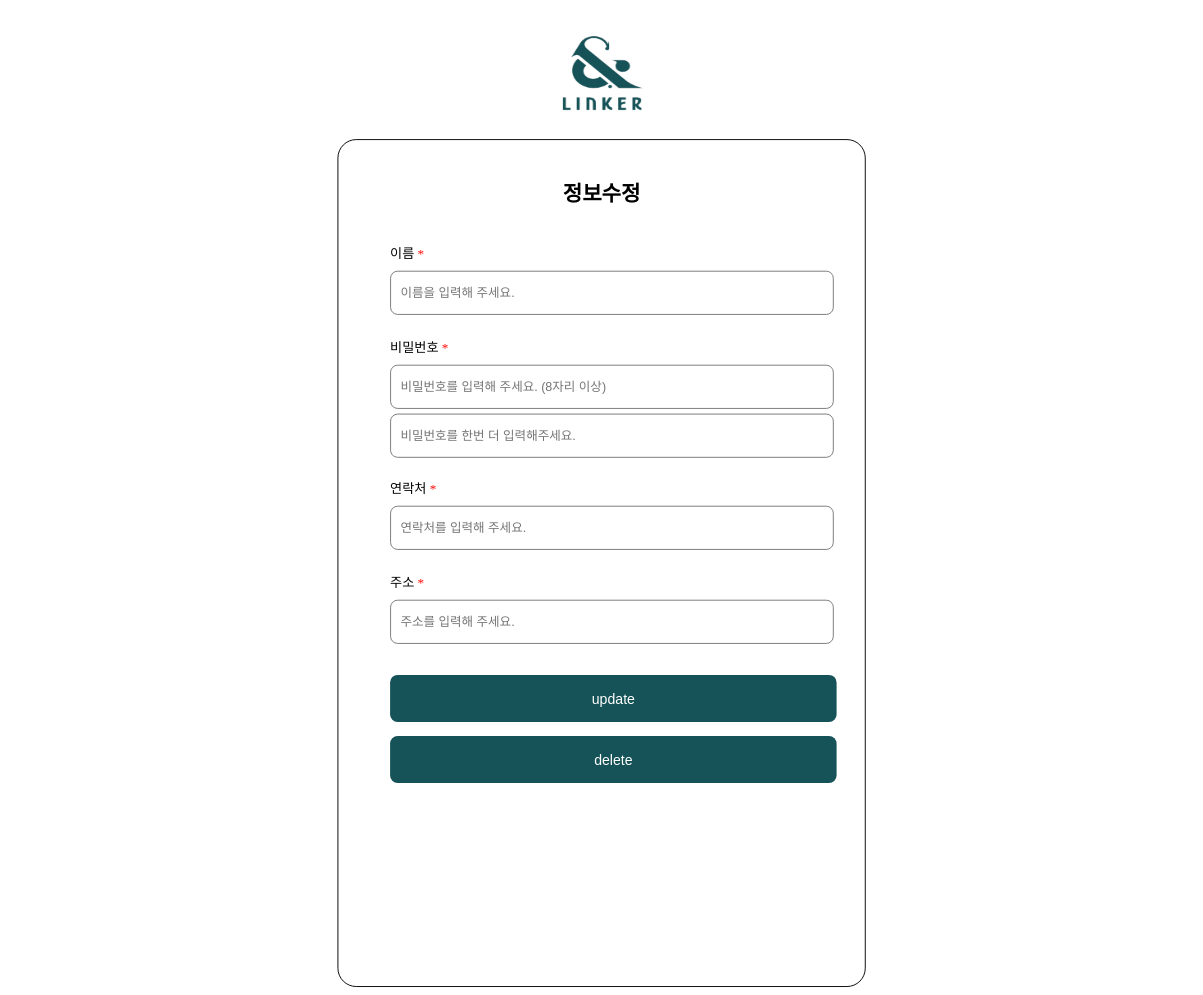
Repository: soomseting/let_me_go
Page: http://localhost/LINKER_re/jsp/main/user_update.jsp
These files come from the project's save history. The page is drawn as it stood at one moment and after the next save; the edit follows.
The browser window is 1280 px wide. The pictures show the whole page, at 94% of full size.
The page is served by Tomcat 9. Other server files are loaded and not shown.

Above is the page before, as saved 2025-03-24 05:50:54.
Console error: TypeError: Cannot set properties of null (setting 'onclick')

### LINKER_re/src/main/webapp/jsp/main/user_update.jsp
<%@ page language="java" contentType="text/html; charset=UTF-8"
    pageEncoding="UTF-8"%>
<!DOCTYPE html>
<html lang="en">

<head>
    <meta charset="UTF-8">
    <meta name="viewport" content="width=device-width, initial-scale=1.0">
    <title>Document</title>
    <link rel="stylesheet" href="../../css/sign_up.css">
    <script src="https://ajax.googleapis.com/ajax/libs/jquery/3.3.1/jquery.min.js"></script>
    <script src="../../js/jquery-3.7.1.js"></script>
    <script src="../../js/script.js"></script>
</head>

<body>
    <section>
        <div class="sign_up_logo">
            <img src="../../img/logo.png" alt="logo">
        </div>
        <div class="sign_up_content">
            <div class="su_title">
                <h1>정보수정</h1>
            </div>
            <form action="/LINKER/jsp/main/update.jsp.users">
            <div class="su_con_wrap">
                <div class="su_con_box">
                    <div class="su_ct">이름<span> *</span></div>
                    <div class="su_input"><input type="text" name="user_name" placeholder="이름을 입력해 주세요."></div>
                </div>
                <div class="su_con_box">
                    <div class="su_ct">비밀번호<span> *</span></div>
                    <div class="su_input"><input type="password" name="password" placeholder="비밀번호를 입력해 주세요. (8자리 이상)"></div>
                    <div class="su_input"><input type="password" placeholder="비밀번호를 한번 더 입력해주세요."></div>
                </div>
                <div class="su_con_box su_con_one">
                    <div class="su_ct">연락처<span> *</span></div>
                    <div class="su_input"><input type="text" name="phone" placeholder="연락처를 입력해 주세요."></div>
                </div>
                <div class="su_con_box su_con_thr">
                    <div class="su_ct">주소<span> *</span></div>
                    <div class="su_input"><input type="text" name="user_address" placeholder="주소를 입력해 주세요."></div>
                </div>
                <div class="su_con_box su_con_for">
                    <div class="su_input sui1"><input type="submit" name="user_update" text="수정하기" value="update"></div>
                    <div class="su_input sui2"><input type="submit" name="" text="탈퇴하기" value="delete"></div>
                </div>
            </div>
            </form>
        </div>
    </section>
</body>

</html>

### LINKER_re/src/main/webapp/css/sign_up.css
/*sign_up*/
.sign_up_logo{width: 250px;height: 140px;margin: 0 auto;}
.sign_up_logo img{width: 250px;height: 140px;}

.sign_up_content{width: 560px;height: 900px;border: 1px solid black; margin: 0 auto; border-radius: 20px;}

.su_title{font-weight: bold;font-family: Arial, Helvetica, sans-serif; padding: 20px 50px;text-align: center; font-size: 15px;}

.su_con_wrap{width: 560px;height: 800px;}
.su_con_box{width: 450px;height: 100px;margin: 0 auto;}
.su_ct{font-size: 14px; margin-bottom: 10px;}
.su_ct span{color: red;}
.su_input input{width: 450px;height: 45px; border-radius: 8px; border: 1px solid #777;margin-bottom: 5px;}
.su_input input[placeholder]{padding: 0 10px;}
.su_con_one{margin-top: 50px;}
/* .su_con_for{margin-top: 15px;} */
.su_con_for input{width: 475px;height: 50px; margin-top: 10px; background: #165358; color: #fff;font-size: 15px;transition: 0.3s;border: none;}
.su_con_for>.sui1:hover input{background: #518682; transition: 0.3s;border: none;cursor: pointer;}
.su_con_for>.sui2:hover input{background: #518682; transition: 0.3s;border: none;cursor: pointer;}

#sign_up_agree{font-size: 10px;margin-bottom: 10px;color: rgb(154, 155, 167);}

.su_flex{display: flex; align-items: center;}
.su_flex input{width: 20px;height: 20px;}

### LINKER_re/src/main/webapp/js/script.js
$(document).ready(function () {

        //main_img_slide
        var img= $("#slide div");
        var cnt=0;
        var max=img.length-1;
        setInterval(next ,3000);

        function next(){
            if(img.is(":animated")) return false;
            $(img[cnt]).animate({"left":"-100%"}).siblings().css({"left":"100%"});
            cnt++;
            if(cnt>max) cnt=0;
            $(img[cnt]).animate({"left":0});
            }

        //sign_in_popup
        function open(){
            $('#pop').css({"display":"block"});

            $('#semi_wrap').css({"position":"sticky"});
            $('section').css({"margin-top":"0"});
        }
        $(".sign_in").on("click",open);
        function close(){
            $('#pop').css({"display":"none"});
            $('#semi_wrap').css({"position":"fixed"});
            $('section').css({"margin-top":"101px"});
        }
        $("#close").on("click",close);

        $('input[type="checkbox"][name="user_category"]').click(function(){

            if($(this).prop('checked')){
               $('input[type="checkbox"][name="user_category"]').prop('checked',false);
               $(this).prop('checked',true);
              }
        });

        /*product_detail*/
        var detail_main = document.querySelector(".detail_main img");
        var detail_sub = document.querySelector(".detail_sub");

        // var ping = document.querySelectorAll(".de_sub img");

        detail_sub.onclick = function(e){
            // console.log(event.target);
            if(e.target.getName == "DIV"){
                return;
            }
            detail_main.src = e.target.src;
        }
        // ping.onclick = function(){
        //     if(ping.classList.contains("pr_ping")){
        //         ping.style.width = "50px";
        //         ping.style.height = "50px";
        //         ping.style.border = "5px solid black";
        //     }else{
        //         ping.style.width = "50px";
        //         ping.style.height = "50px";
        //         ping.style.border = "none";
        //     }
        //     ping.classList.toggle("pr_ping");
        // }
});

Loaded but not shown: LINKER_re/src/main/webapp/js/jquery-3.7.1.js (library)

After the next save:
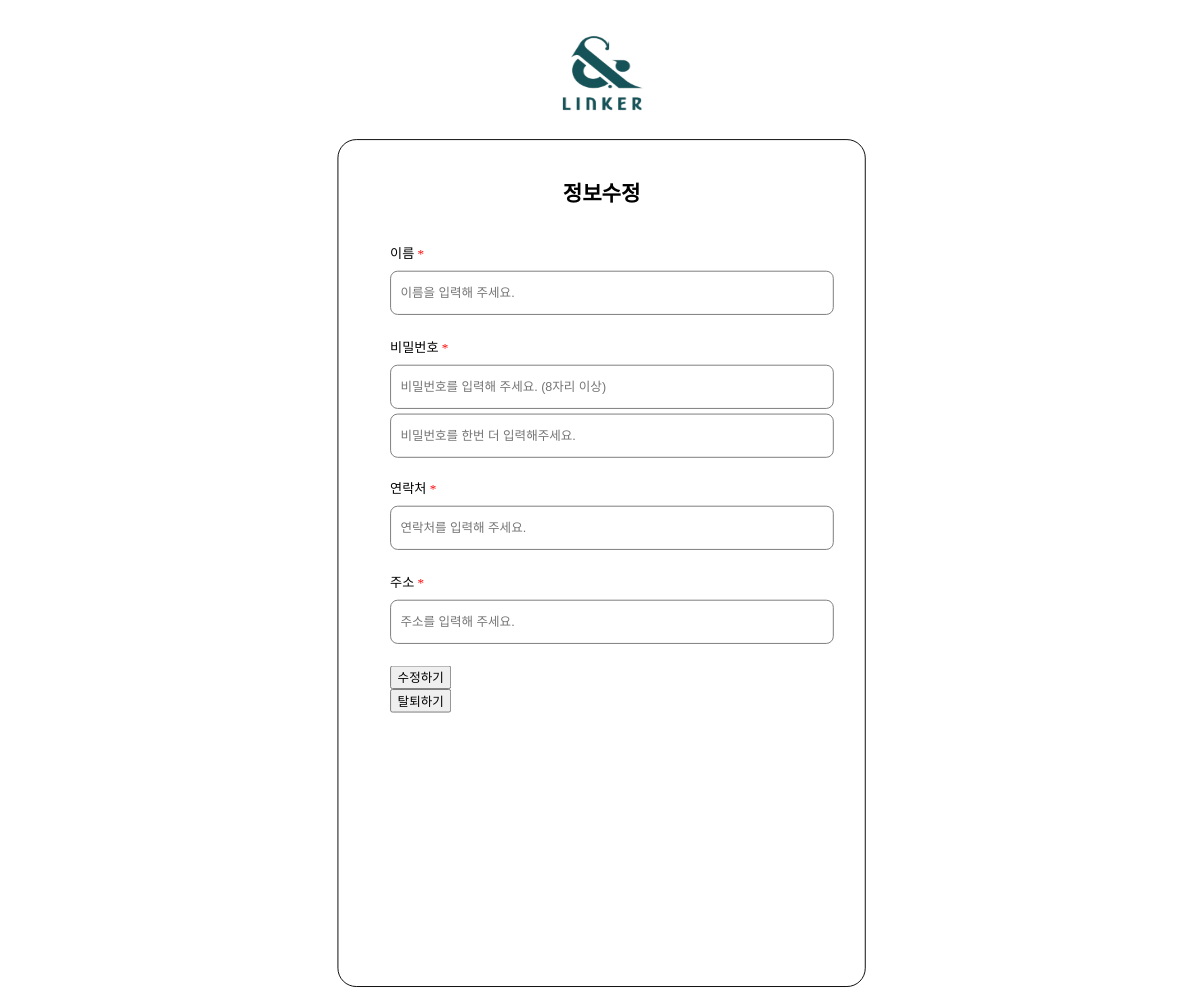
Saved 116 s later.
--- a/LINKER_re/src/main/webapp/jsp/main/user_update.jsp
+++ b/LINKER_re/src/main/webapp/jsp/main/user_update.jsp
@@ -42,8 +42,8 @@
                     <div class="su_input"><input type="text" name="user_address" placeholder="주소를 입력해 주세요."></div>
                 </div>
                 <div class="su_con_box su_con_for">
-                    <div class="su_input sui1"><input type="submit" name="user_update" text="수정하기" value="update"></div>
-                    <div class="su_input sui2"><input type="submit" name="" text="탈퇴하기" value="delete"></div>
+                    <div class="su_input sui1"><button type="submit" name="action" value="update">수정하기</button></div>
+                    <div class="su_input sui2"><button type="submit" name="action" value="delete">탈퇴하기</button></div>
                 </div>
             </div>
             </form>
